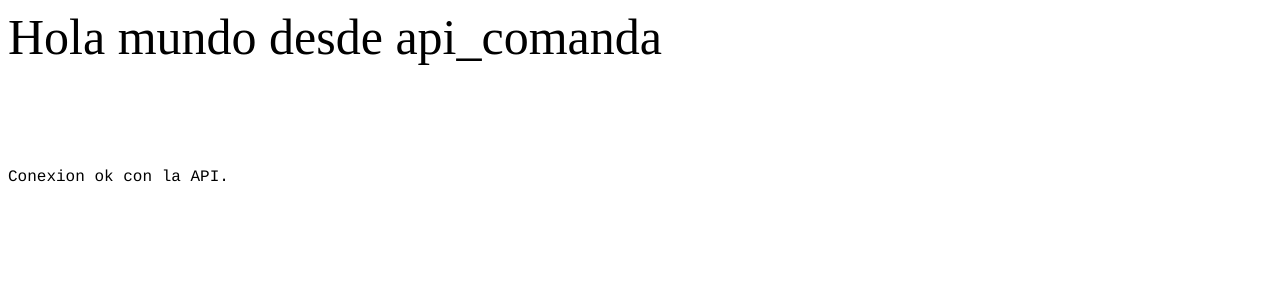
Repository: danieldebrito/api_comanda
Page: http://localhost/api_meyro_sgc/app/index.php
These files come from the project's save history. The page is drawn as it stood at one moment and after the next save; the edit follows.
The browser window is 1280 px wide. The pictures show the whole page.
The page is run by PHP 8.4 with error messages shown; the project is at /var/www/html/.

Above is the page before, as saved 2019-08-06 01:41:10.

After the next save:
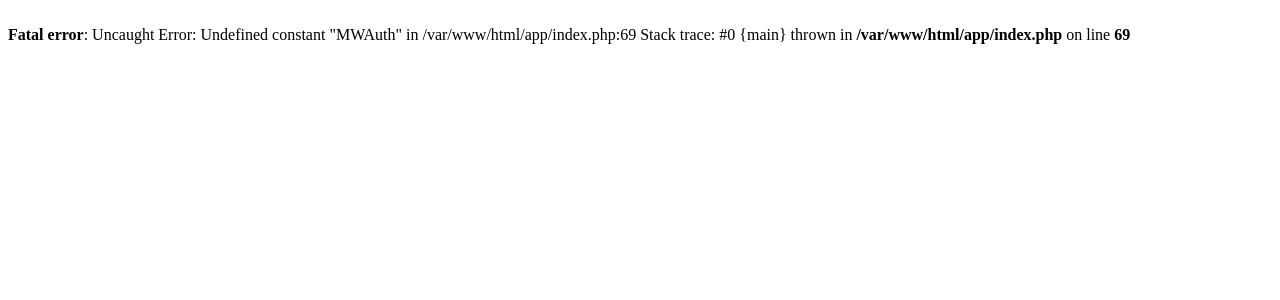
Saved 2 min 2 s later.
--- a/app/index.php
+++ b/app/index.php
@@ -65,8 +65,8 @@
 ->add(\MWparaCORS::class . ':HabilitarCORSTodos');
 
 $app->get('/horarios', \empleadoApi::class . ':horariosAllApi')
-->add(\MWparaCORS::class . ':HabilitarCORSTodos');
-//->add(\MWAuth.php::class . ':ValidarSocio');
+->add(\MWparaCORS::class . ':HabilitarCORSTodos')
+->add(\MWAuth.php::class . ':ValidarSocio');
 
 $app->get('/operaciones', \empleadoApi::class . ':operacionesAllApi')
 ->add(\MWparaCORS::class . ':HabilitarCORSTodos');

After the save that followed:
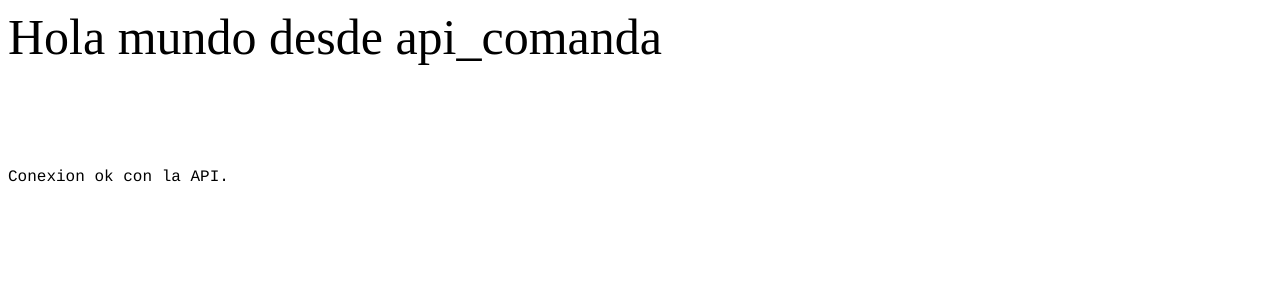
Saved 18 s later.
--- a/app/index.php
+++ b/app/index.php
@@ -65,8 +65,8 @@
 ->add(\MWparaCORS::class . ':HabilitarCORSTodos');
 
 $app->get('/horarios', \empleadoApi::class . ':horariosAllApi')
-->add(\MWparaCORS::class . ':HabilitarCORSTodos')
-->add(\MWAuth.php::class . ':ValidarSocio');
+->add(\MWparaCORS::class . ':HabilitarCORSTodos');
+//->add(\MWAuth.php::class . ':ValidarSocio');
 
 $app->get('/operaciones', \empleadoApi::class . ':operacionesAllApi')
 ->add(\MWparaCORS::class . ':HabilitarCORSTodos');
